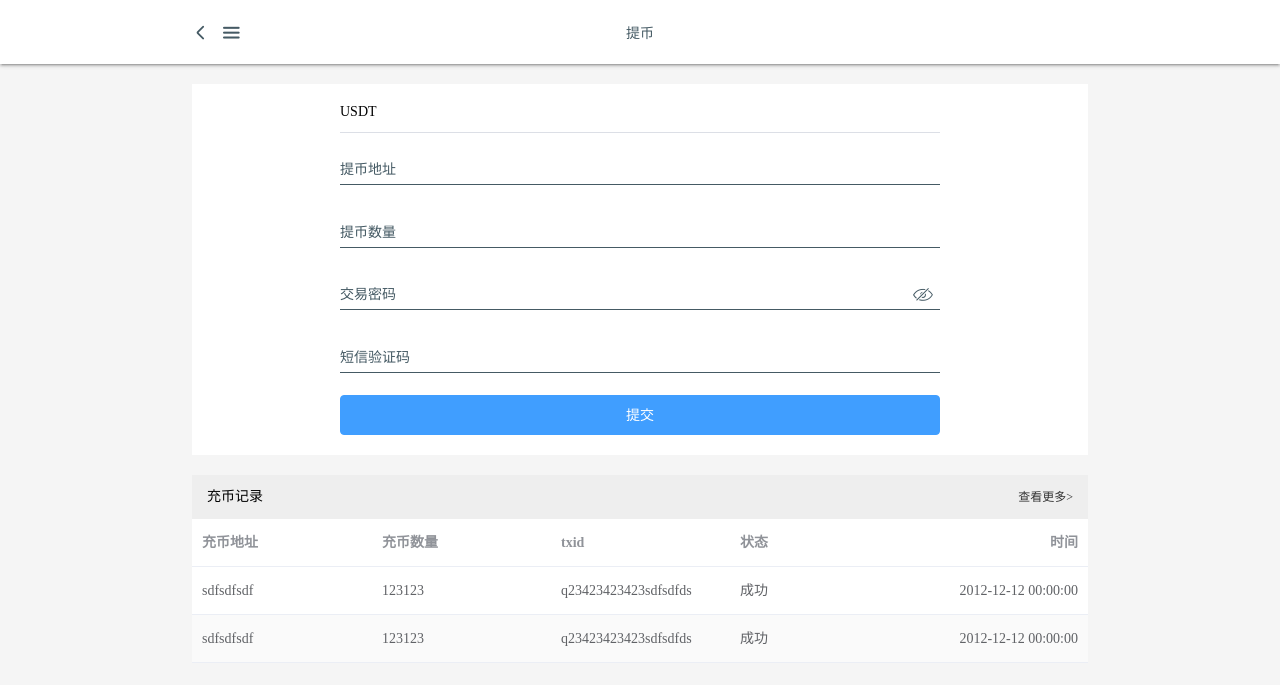
Repository: miyanshichen/ent
Page: /finance/withdraw
The author's editor kept a copy of each file at every save. The page is drawn from the files as they stood at one save, then again after the next save.
The browser window is 1280 px wide. The pictures show the whole page.
The project was rebuilt for these pictures with package versions that can differ from the ones it lists, and the page was loaded fresh each time. Also part of the build but not shown: vue.config.js, src/assets/font/iconfont.js.

Above is the page before, as saved 2021-01-13 17:38:10.

After the next save:
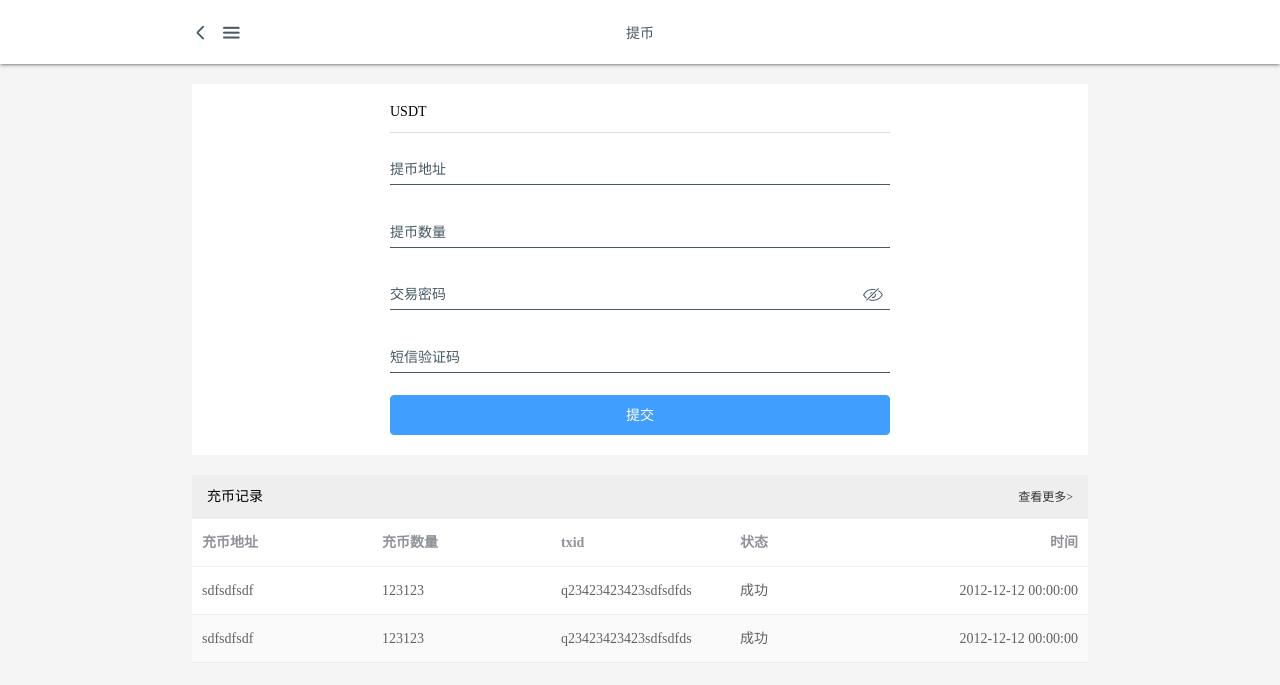
Saved 9 min 13 s later.
--- a/src/views/assets/withdraw.vue
+++ b/src/views/assets/withdraw.vue
@@ -101,7 +101,7 @@ export default {
 @import "~@/assets/css/public.less";
 .withdraw {
   width: 90%;
-  max-width: 600px;
+  max-width: 500px;
   margin: 0 auto;
 }
 .logs-title {
